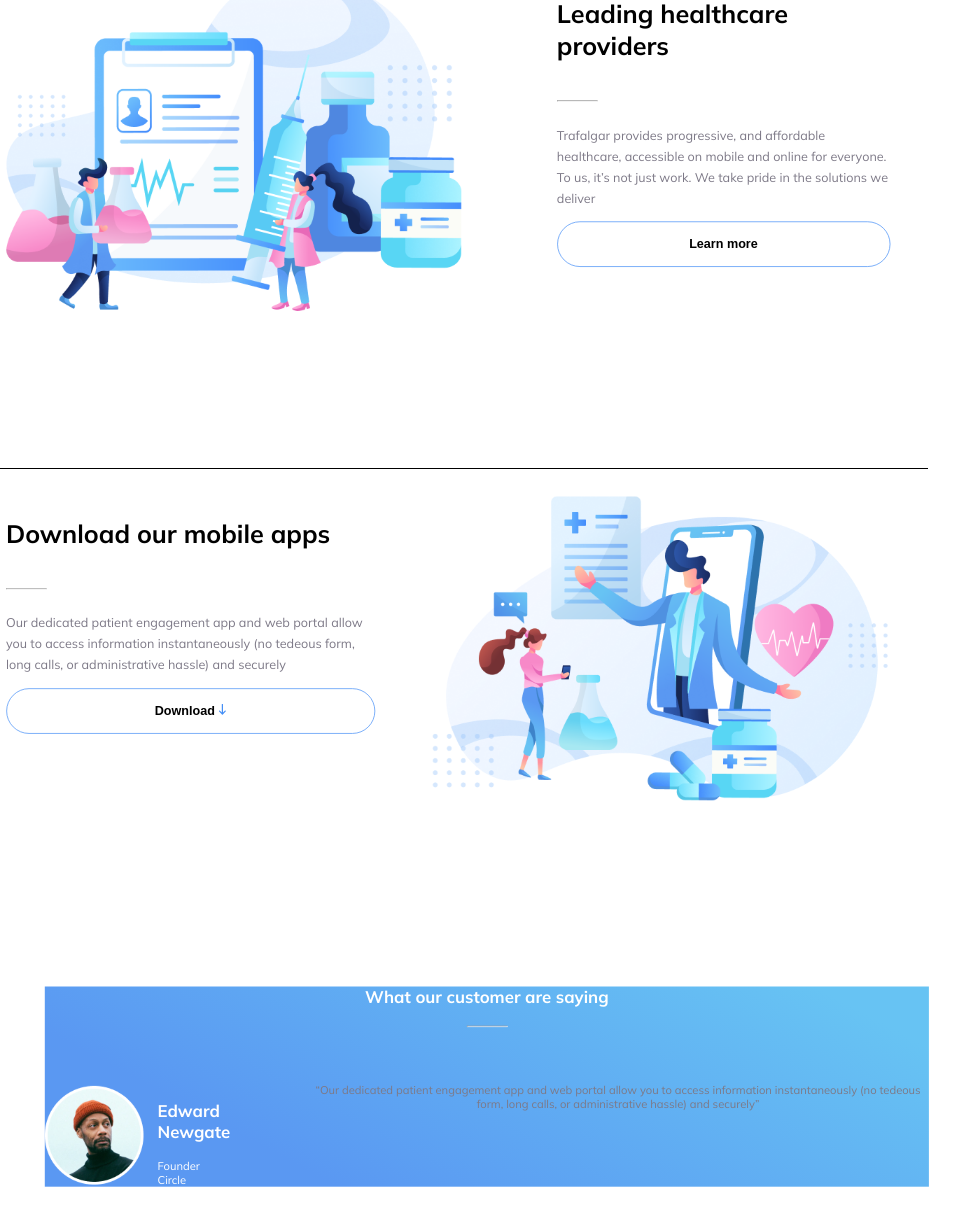
Repository: ivan-developer-01/trafalgar-layout
Page: index.html
The author's editor kept a copy of each file at every save. The page is drawn from the files as they stood at one save, then again after the next save.
The browser window is 1280 px wide. The page is 1327 px wide, then 1381 px, so the pictures cover 1381 px, including what lies to the right of the window. The pictures show the part of the page from y = 2235 to 3995 px (the page is 3995 px tall), at 70% of full size.

Above is the page before, as saved 2024-11-08 15:24:31.

After the next save:
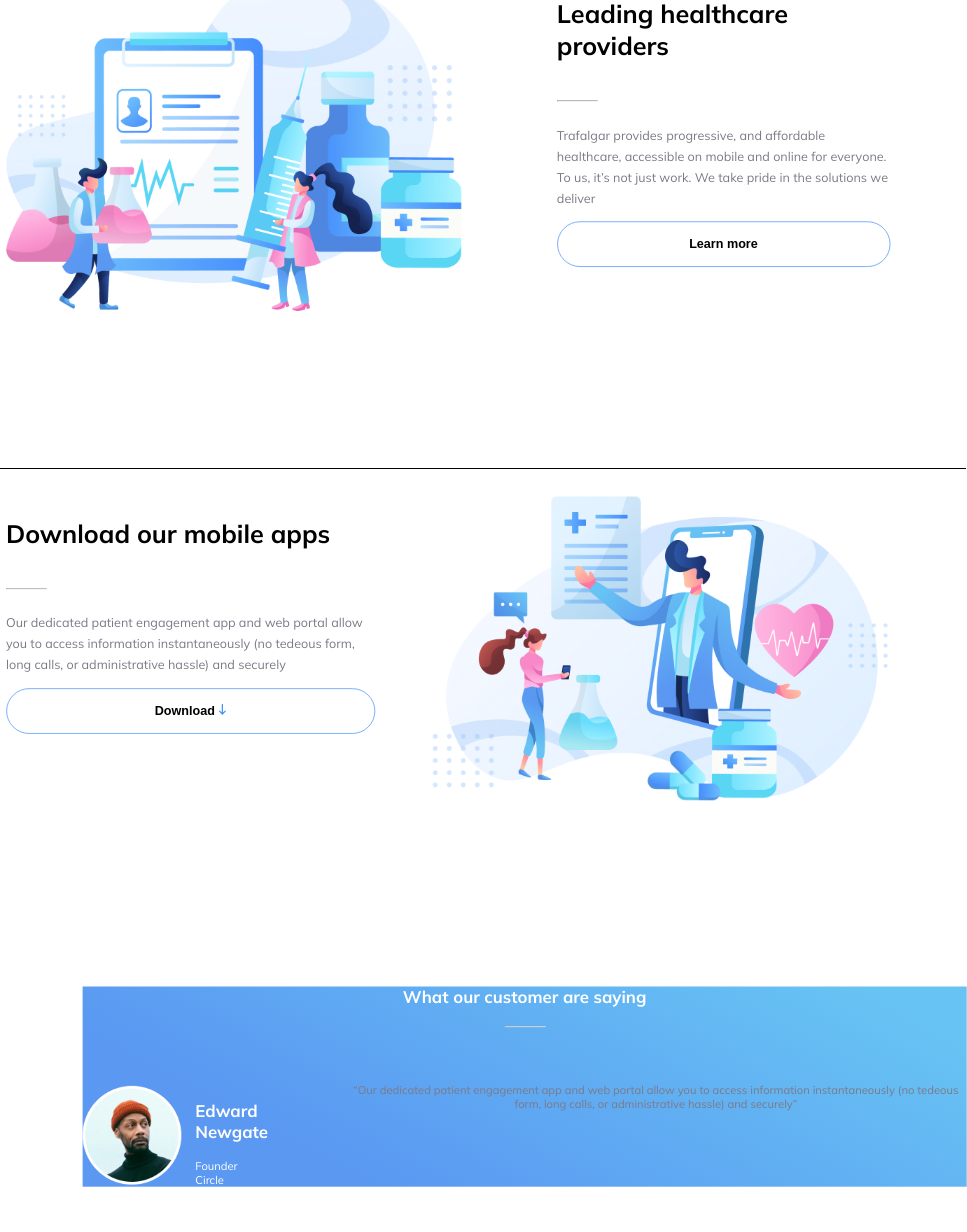
Saved 7 s later.
--- a/style.css
+++ b/style.css
@@ -236,7 +236,7 @@ p {
 	background: linear-gradient(208.18deg, #67C3F3 9.05%, #5A98F2 76.74%);
 	color: white;
 	text-align: center;
-	margin: 64px
+	margin: 64px 118px
 }
 
 .review-slider .review {
